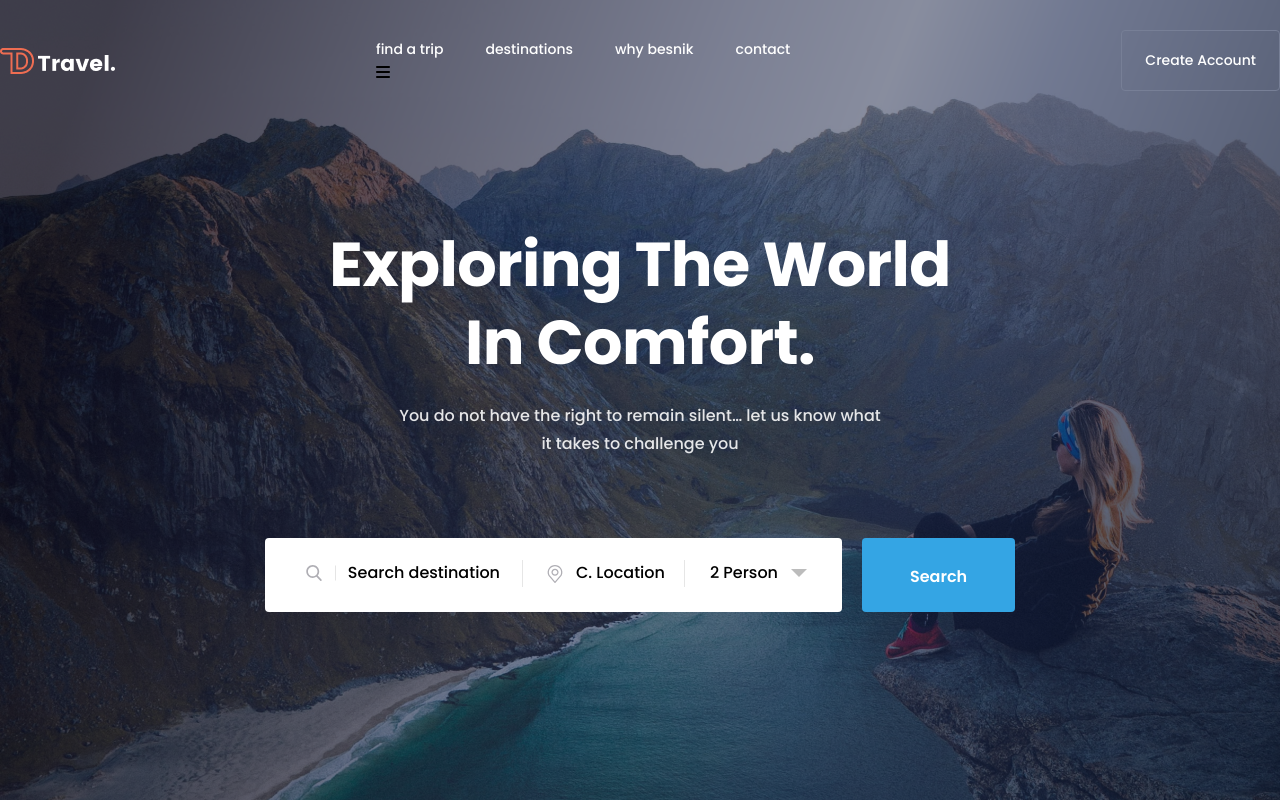
Repository: hoang0508/LandingPage-CodeTravel2
Page: index.html
An editor plug-in stored every save of this project. The page is shown before and after the next save, followed by the edit.
The browser window is 1280 px wide. The pictures show the whole page.
Some web libraries are served in a nearby version. The style sheet was rebuilt from its Sass, Less or Tailwind sources for each picture, by a compiler version that may differ from the author's.

Above is the page before, as saved 2022-09-16 15:39:15.

After the next save:
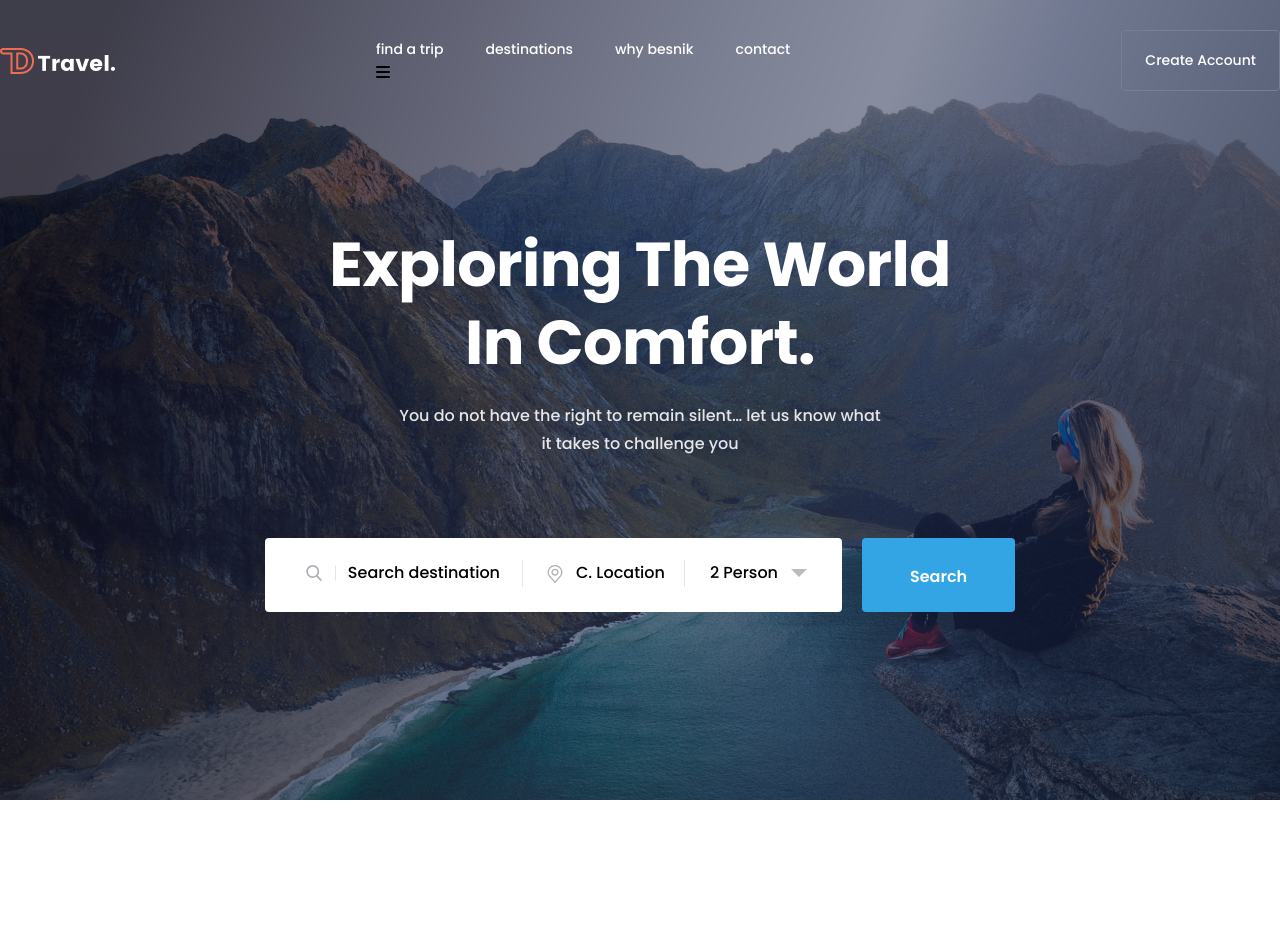
Saved 64 s later.
--- a/sass/_header.scss
+++ b/sass/_header.scss
@@ -4,6 +4,7 @@
   background-size: cover;
   background-repeat: repeat;
   padding-top: 30px;
+  margin-bottom: 140px;
   &-main {
     display: flex;
     align-items: center;
